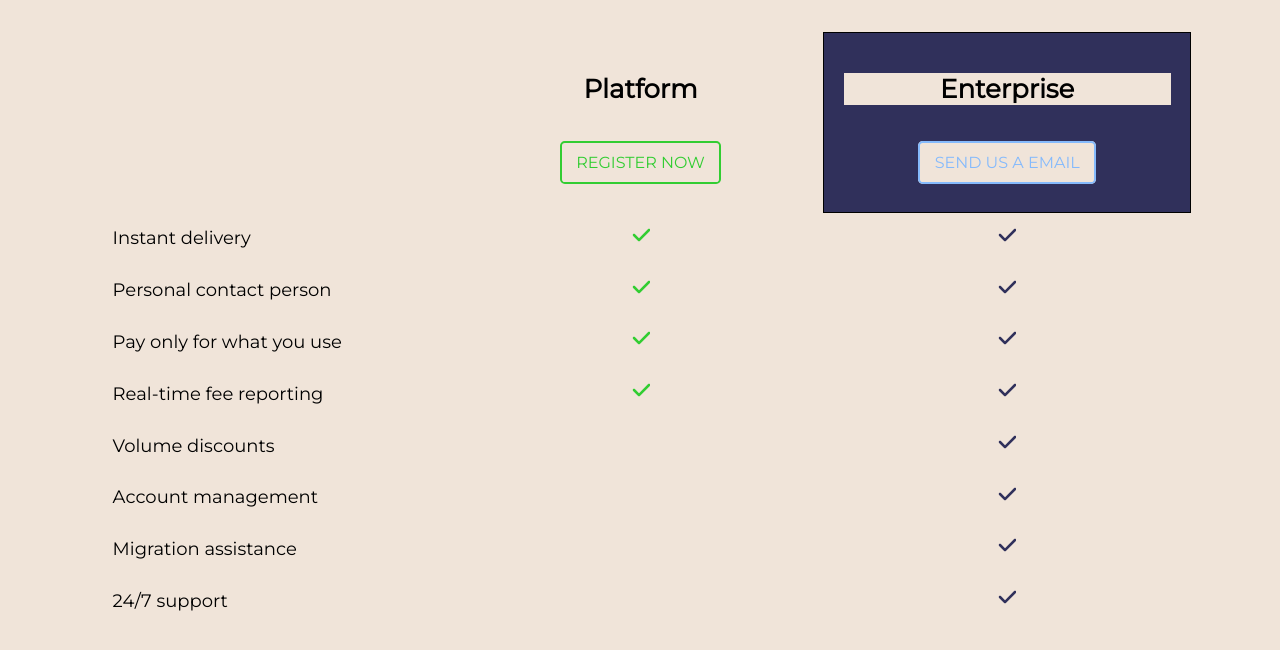
Repository: darlino/gotyu_shopify_section
Page: gotyu_table210223/index.html
These files come from the project's save history. The page is drawn as it stood at one moment and after the next save; the edit follows.
The browser window is 1280 px wide. The pictures show the whole page.

Above is the page before, as saved 2023-02-21 12:20:19.

### gotyu_table210223/index.html
<!DOCTYPE html>
<html lang="en">
  <head>
    <meta charset="UTF-8" />
    <meta http-equiv="X-UA-Compatible" content="IE=edge" />
    <meta name="viewport" content="width=device-width, initial-scale=1.0" />
    <title>Document</title>
    <link rel="stylesheet" href="style.css" />
    <link rel="preconnect" href="https://fonts.googleapis.com" />
    <link rel="preconnect" href="https://fonts.gstatic.com" crossorigin />
    <link
      href="https://fonts.googleapis.com/css2?family=Montserrat&display=swap"
      rel="stylesheet"
    />
  </head>
  <body>
    <section id="table210223">
      <div class="table">
        <div class="table-cell"></div>
        <div class="table-cell plattform">
          <h3>Platform</h3>
          <a href="" class="btn">register now</a>
        </div>
        <div class="table-cell enterprise">
          <h3>Enterprise</h3>
          <a href="" class="btn">Send us a Email</a>
        </div>
        <div class="table-cell cell-feature">Instant delivery</div>
        <div class="table-cell">
          <svg
            width="18"
            height="18"
            viewBox="0 0 18 18"
            xmlns="http://www.w3.org/2000/svg"
          >
            <title>check_blue</title>
            <path
              d="M6.116 14.884c.488.488 1.28.488 1.768 0l10-10c.488-.488.488-1.28 0-1.768s-1.28-.488-1.768 0l-9.08 9.15-4.152-4.15c-.488-.488-1.28-.488-1.768 0s-.488 1.28 0 1.768l5 5z"
              fill="limegreen"
              fill-rule="evenodd"
            />
          </svg>
        </div>
        <div class="table-cell">
          <svg
            class="enterprise-check"
            width="18"
            height="18"
            viewBox="0 0 18 18"
            xmlns="http://www.w3.org/2000/svg"
          >
            <title>check_blue</title>
            <path
              d="M6.116 14.884c.488.488 1.28.488 1.768 0l10-10c.488-.488.488-1.28 0-1.768s-1.28-.488-1.768 0l-9.08 9.15-4.152-4.15c-.488-.488-1.28-.488-1.768 0s-.488 1.28 0 1.768l5 5z"
              fill="limegreen"
              fill-rule="evenodd"
            />
          </svg>
        </div>
        <div class="table-cell cell-feature">Personal contact person</div>
        <div class="table-cell">
          <svg
            width="18"
            height="18"
            viewBox="0 0 18 18"
            xmlns="http://www.w3.org/2000/svg"
          >
            <title>check_blue</title>
            <path
              d="M6.116 14.884c.488.488 1.28.488 1.768 0l10-10c.488-.488.488-1.28 0-1.768s-1.28-.488-1.768 0l-9.08 9.15-4.152-4.15c-.488-.488-1.28-.488-1.768 0s-.488 1.28 0 1.768l5 5z"
              fill="limegreen"
              fill-rule="evenodd"
            />
          </svg>
        </div>
        <div class="table-cell">
          <svg
            class="enterprise-check"
            width="18"
            height="18"
            viewBox="0 0 18 18"
            xmlns="http://www.w3.org/2000/svg"
          >
            <title>check_blue</title>
            <path
              d="M6.116 14.884c.488.488 1.28.488 1.768 0l10-10c.488-.488.488-1.28 0-1.768s-1.28-.488-1.768 0l-9.08 9.15-4.152-4.15c-.488-.488-1.28-.488-1.768 0s-.488 1.28 0 1.768l5 5z"
              fill="limegreen"
              fill-rule="evenodd"
            />
          </svg>
        </div>
        <div class="table-cell cell-feature">Pay only for what you use</div>
        <div class="table-cell">
          <svg
            width="18"
            height="18"
            viewBox="0 0 18 18"
            xmlns="http://www.w3.org/2000/svg"
          >
            <title>check_blue</title>
            <path
              d="M6.116 14.884c.488.488 1.28.488 1.768 0l10-10c.488-.488.488-1.28 0-1.768s-1.28-.488-1.768 0l-9.08 9.15-4.152-4.15c-.488-.488-1.28-.488-1.768 0s-.488 1.28 0 1.768l5 5z"
              fill="limegreen"
              fill-rule="evenodd"
            />
          </svg>
        </div>
        <div class="table-cell">
          <svg
            class="enterprise-check"
            width="18"
            height="18"
            viewBox="0 0 18 18"
            xmlns="http://www.w3.org/2000/svg"
          >
            <title>check_blue</title>
            <path
              d="M6.116 14.884c.488.488 1.28.488 1.768 0l10-10c.488-.488.488-1.28 0-1.768s-1.28-.488-1.768 0l-9.08 9.15-4.152-4.15c-.488-.488-1.28-.488-1.768 0s-.488 1.28 0 1.768l5 5z"
              fill="limegreen"
              fill-rule="evenodd"
            />
          </svg>
        </div>
        <div class="table-cell cell-feature">Real-time fee reporting</div>
        <div class="table-cell">
          <svg
            width="18"
            height="18"
            viewBox="0 0 18 18"
            xmlns="http://www.w3.org/2000/svg"
          >
            <title>check_blue</title>
            <path
              d="M6.116 14.884c.488.488 1.28.488 1.768 0l10-10c.488-.488.488-1.28 0-1.768s-1.28-.488-1.768 0l-9.08 9.15-4.152-4.15c-.488-.488-1.28-.488-1.768 0s-.488 1.28 0 1.768l5 5z"
              fill="limegreen"
              fill-rule="evenodd"
            />
          </svg>
        </div>
        <div class="table-cell">
          <svg
            class="enterprise-check"
            width="18"
            height="18"
            viewBox="0 0 18 18"
            xmlns="http://www.w3.org/2000/svg"
          >
            <title>check_blue</title>
            <path
              d="M6.116 14.884c.488.488 1.28.488 1.768 0l10-10c.488-.488.488-1.28 0-1.768s-1.28-.488-1.768 0l-9.08 9.15-4.152-4.15c-.488-.488-1.28-.488-1.768 0s-.488 1.28 0 1.768l5 5z"
              fill="limegreen"
              fill-rule="evenodd"
            />
          </svg>
        </div>
        <div class="table-cell cell-feature">Volume discounts</div>
        <div class="table-cell"></div>
        <div class="table-cell">
          <svg
            class="enterprise-check"
            width="18"
            height="18"
            viewBox="0 0 18 18"
            xmlns="http://www.w3.org/2000/svg"
          >
            <title>check_blue</title>
            <path
              d="M6.116 14.884c.488.488 1.28.488 1.768 0l10-10c.488-.488.488-1.28 0-1.768s-1.28-.488-1.768 0l-9.08 9.15-4.152-4.15c-.488-.488-1.28-.488-1.768 0s-.488 1.28 0 1.768l5 5z"
              fill="limegreen"
            />
          </svg>
        </div>
        <div class="table-cell cell-feature">Account management</div>
        <div class="table-cell"></div>
        <div class="table-cell">
          <svg
            class="enterprise-check"
            width="18"
            height="18"
            viewBox="0 0 18 18"
            xmlns="http://www.w3.org/2000/svg"
          >
            <title>check_blue</title>
            <path
              d="M6.116 14.884c.488.488 1.28.488 1.768 0l10-10c.488-.488.488-1.28 0-1.768s-1.28-.488-1.768 0l-9.08 9.15-4.152-4.15c-.488-.488-1.28-.488-1.768 0s-.488 1.28 0 1.768l5 5z"
              fill="limegreen"
              fill-rule="evenodd"
            />
          </svg>
        </div>
        <div class="table-cell cell-feature">Migration assistance</div>
        <div class="table-cell"></div>
        <div class="table-cell">
          <svg
            class="enterprise-check"
            width="18"
            height="18"
            viewBox="0 0 18 18"
            xmlns="http://www.w3.org/2000/svg"
          >
            <title>check_blue</title>
            <path
              d="M6.116 14.884c.488.488 1.28.488 1.768 0l10-10c.488-.488.488-1.28 0-1.768s-1.28-.488-1.768 0l-9.08 9.15-4.152-4.15c-.488-.488-1.28-.488-1.768 0s-.488 1.28 0 1.768l5 5z"
              fill="limegreen"
              fill-rule="evenodd"
            />
          </svg>
        </div>
        <div class="table-cell cell-feature">24/7 support</div>
        <div class="table-cell"></div>
        <div class="table-cell">
          <svg
            class="enterprise-check"
            width="18"
            height="18"
            viewBox="0 0 18 18"
            xmlns="http://www.w3.org/2000/svg"
          >
            <title>check_blue</title>
            <path
              d="M6.116 14.884c.488.488 1.28.488 1.768 0l10-10c.488-.488.488-1.28 0-1.768s-1.28-.488-1.768 0l-9.08 9.15-4.152-4.15c-.488-.488-1.28-.488-1.768 0s-.488 1.28 0 1.768l5 5z"
              fill="limegreen"
              fill-rule="evenodd"
            />
          </svg>
        </div>
      </div>
    </section>
  </body>
</html>

### gotyu_table210223/style.css
* {
  margin: 0;
  padding: 0;
  background-color: #f0e4d9;
  font-family: "Montserrat", sans-serif;
  color: #000;
}

.table {
  display: flex;
  flex-wrap: wrap;
  margin: 0 auto;
  padding: 2rem 0rem 0rem 0rem;
  max-width: 1100px;
}

.table-cell {
  box-sizing: border-box;
  flex-grow: 1;
  width: 100%;
  padding: 0.8em 1.2em;
  overflow: hidden;
  list-style-type: none;
  text-align: center;
  font-weight: 300;
  margin-top: 1px;
  margin-left: 1px;
}
.table-cell:first-child {
  background: transparent;
}
@media only screen and (max-width: 768px) {
  .table-cell:first-child {
    display: none;
  }
}
.table-cell:nth-child(3) {
  outline: 1px solid #000;
}
.table-cell:nth-child(-n + 3) {
  padding-top: 40px;
  padding-bottom: 40px;
}
.table-cell > h3 {
  font-size: 26px;
  margin-top: 0;
  margin-bottom: 3rem;
}
.table-cell.cell-feature {
  text-align: left;
  font-size: 18px;
}
.table-cell.plattform {
  color: limegreen;
}
.table-cell.plattform a.btn {
  color: limegreen;
}
.table-cell.plattform a.btn:hover {
  background-color: limegreen;
  border-color: limegreen;
  color: white;
}
.table-cell.enterprise {
  background-color: #30305b;
  color: #85bafc;
}
.table-cell.enterprise a.btn {
  color: #85bafc;
}
.table-cell.enterprise a.btn:hover {
  background-color: #85bafc;
  border-color: #85bafc;
  color: #30305b;
}

/* Table columns
================================== */
.table-cell {
  width: calc(33.33% - 1px);
}
@media only screen and (max-width: 768px) {
  .table-cell.cell-feature {
    width: 100%;
    text-align: center;
  }
}

svg.enterprise-check path {
  fill: #30305b !important;
}

a.btn {
  border: 2px solid;
  padding: 0.6rem 0.9rem 0.6rem 0.9rem;
  font-weight: 400;
  text-transform: uppercase;
  text-decoration: none;
  transition: 0.2s ease-in-out;
  border-radius: 0.3rem;
} /*# sourceMappingURL=style.css.map */

After the next save:
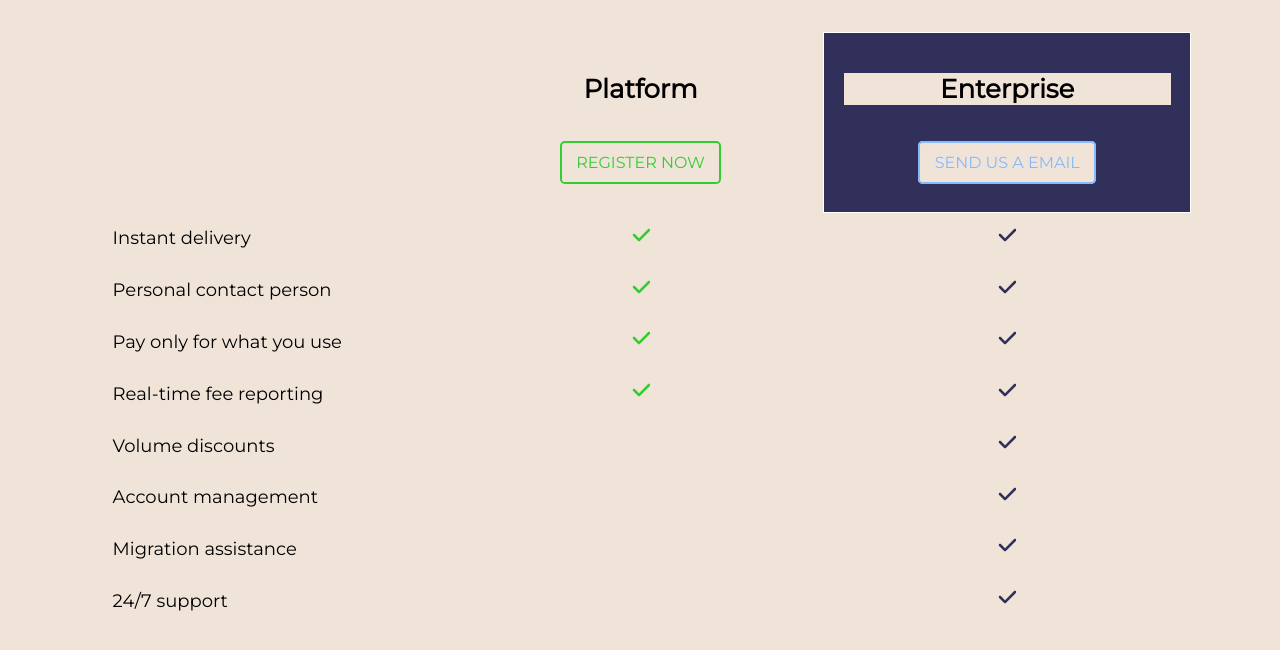
Saved 4 s later.
--- a/gotyu_table210223/style.css
+++ b/gotyu_table210223/style.css
@@ -35,7 +35,7 @@
   }
 }
 .table-cell:nth-child(3) {
-  outline: 1px solid #000;
+  outline: 1px solid #fff;
 }
 .table-cell:nth-child(-n + 3) {
   padding-top: 40px;

After the save that followed:
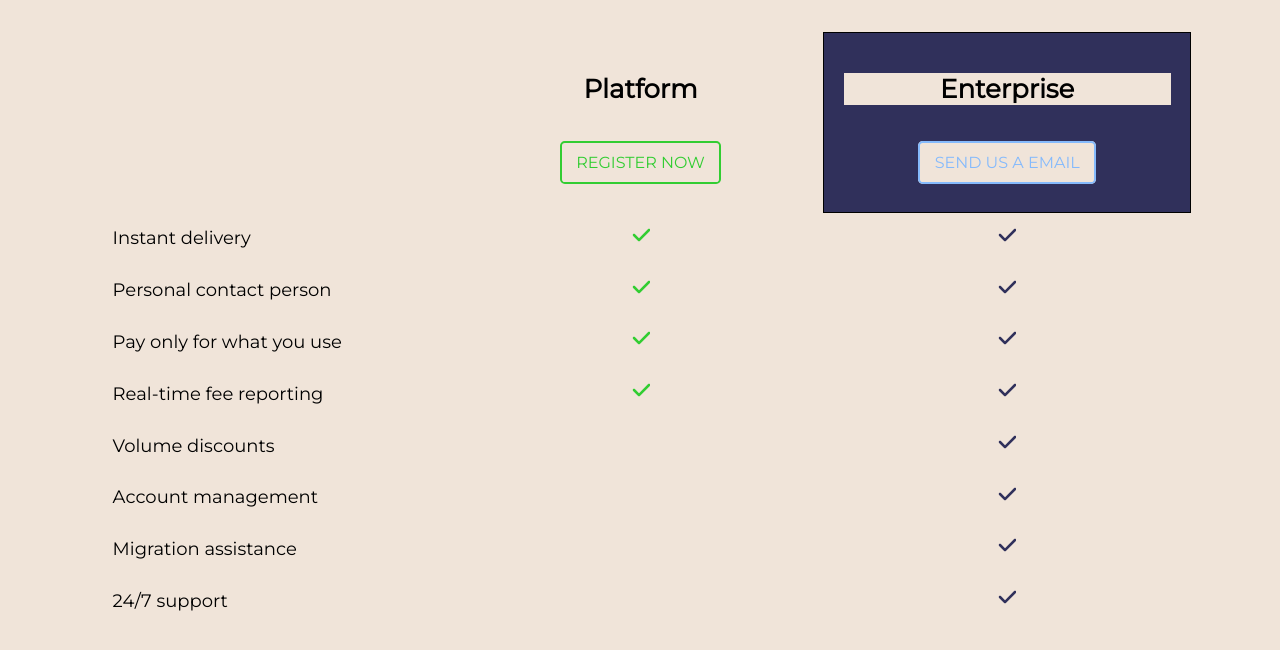
Saved 6 s later.
--- a/gotyu_table210223/style.css
+++ b/gotyu_table210223/style.css
@@ -35,7 +35,7 @@
   }
 }
 .table-cell:nth-child(3) {
-  outline: 1px solid #fff;
+  outline: 1px solid #000;
 }
 .table-cell:nth-child(-n + 3) {
   padding-top: 40px;
